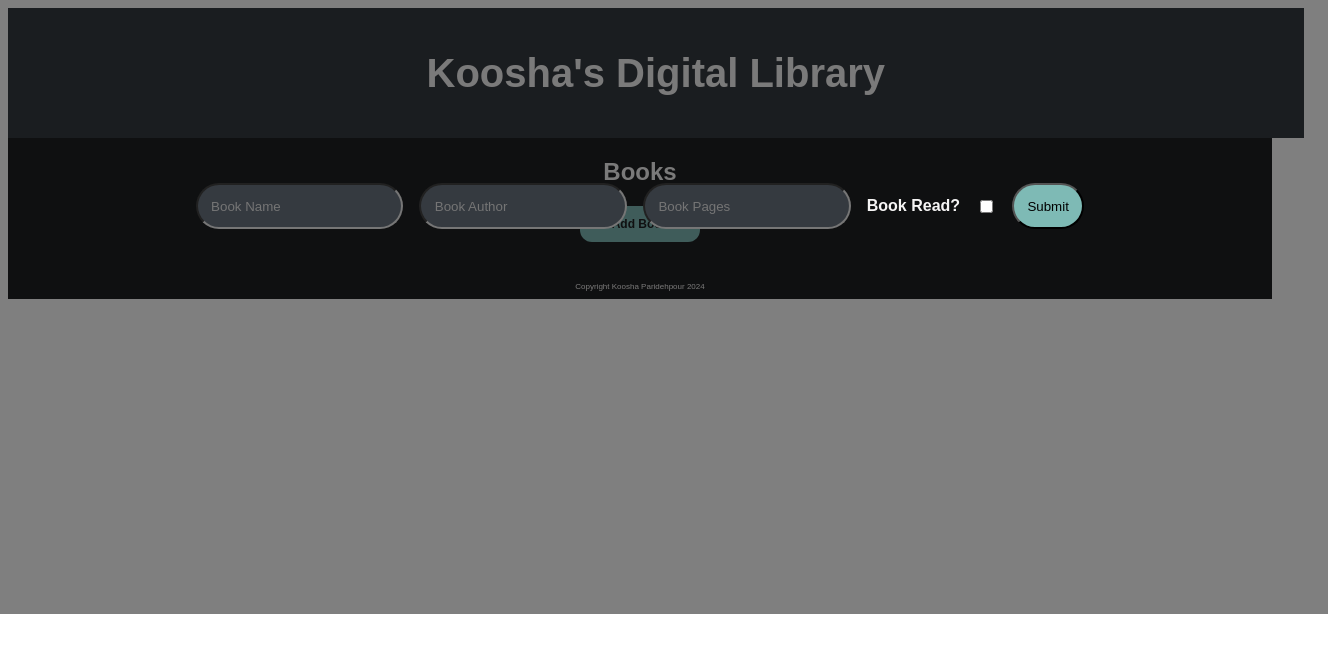
Repository: KooshaPari/odin-TTT
Page: index.html
The author's editor kept a copy of each file at every save. The page is drawn from the files as they stood at one save, then again after the next save.
The browser window is 1280 px wide. The page is 1328 px wide, so the pictures cover 1328 px, including what lies to the right of the window. The pictures show the whole page.

Above is the page before, as saved 2024-03-14 22:04:54.
Console error: TypeError: Document.querySelector is not a function

After the next save:
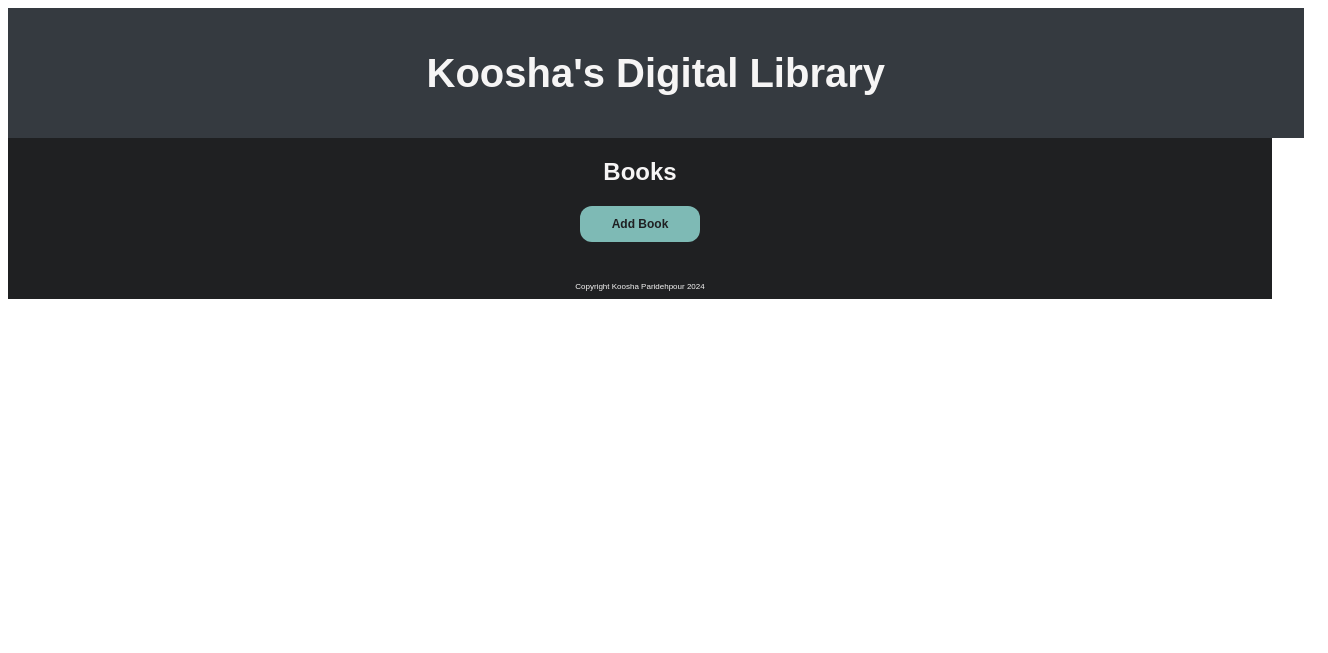
Saved 48 s later.
--- a/style.css
+++ b/style.css
@@ -51,7 +51,7 @@
   -o-border-radius: 1em;
 }
 #bookForm {
-  display: none;
+  visibility: hidden;
   position: absolute;
   width: 100vw;
   height: 100%;

After the 2 saves that followed:
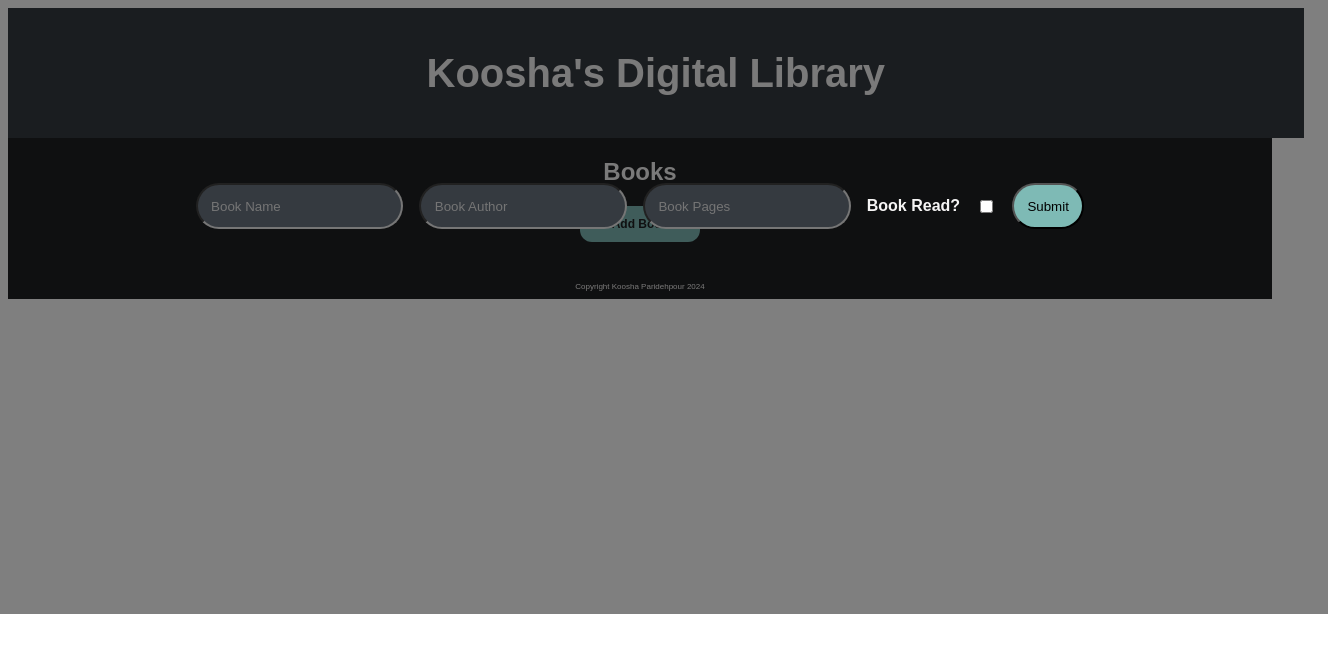
The 2 saves are shown as one change because 1 left the picture as it was.
The last was saved 65 s later.
--- a/style.css
+++ b/style.css
@@ -36,6 +36,7 @@
   flex-direction: column;
 }
 #add-book {
+  cursor: pointer;
   color: #1f2022;
   background-color: #7ebab5;
   border-radius: 1em;
@@ -51,7 +52,6 @@
   -o-border-radius: 1em;
 }
 #bookForm {
-  visibility: hidden;
   position: absolute;
   width: 100vw;
   height: 100%;
@@ -68,7 +68,7 @@
   gap: 1em;
 }
 .isVisible {
-  visibility: visible;
+  visibility: invisible;
 }
 #add-book:hover {
   background-color: #5e8d87;
